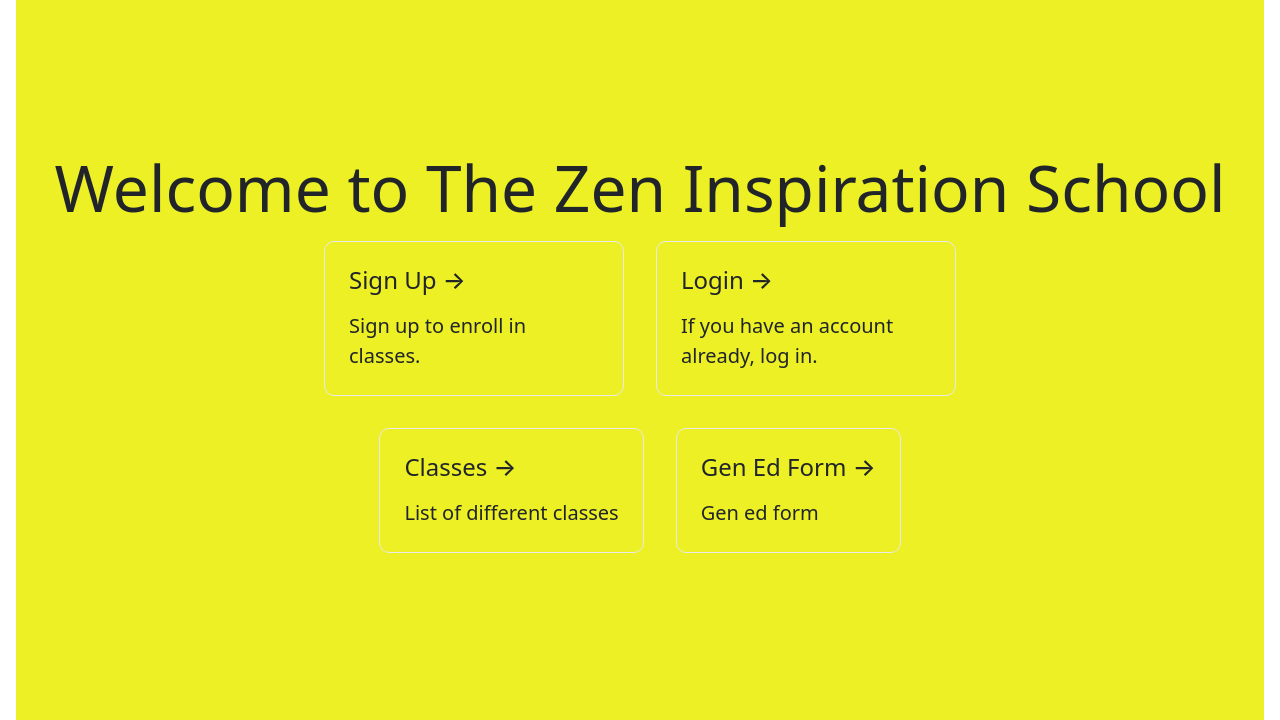
Repository: collegedude9300/zenschool
Page: /
An editor plug-in stored every save of this project. The page is shown before and after the next save, followed by the edit.
The browser window is 1280 px wide. The pictures show the whole page.
The project was rebuilt for these pictures with package versions that can differ from the ones it lists, and the page was loaded fresh each time. The framework's server and built-in components were replaced by stand-ins that run in the browser. Also part of the build but not shown: next.config.js.

Above is the page before, as saved 2023-04-14 22:26:57.

After the next save:
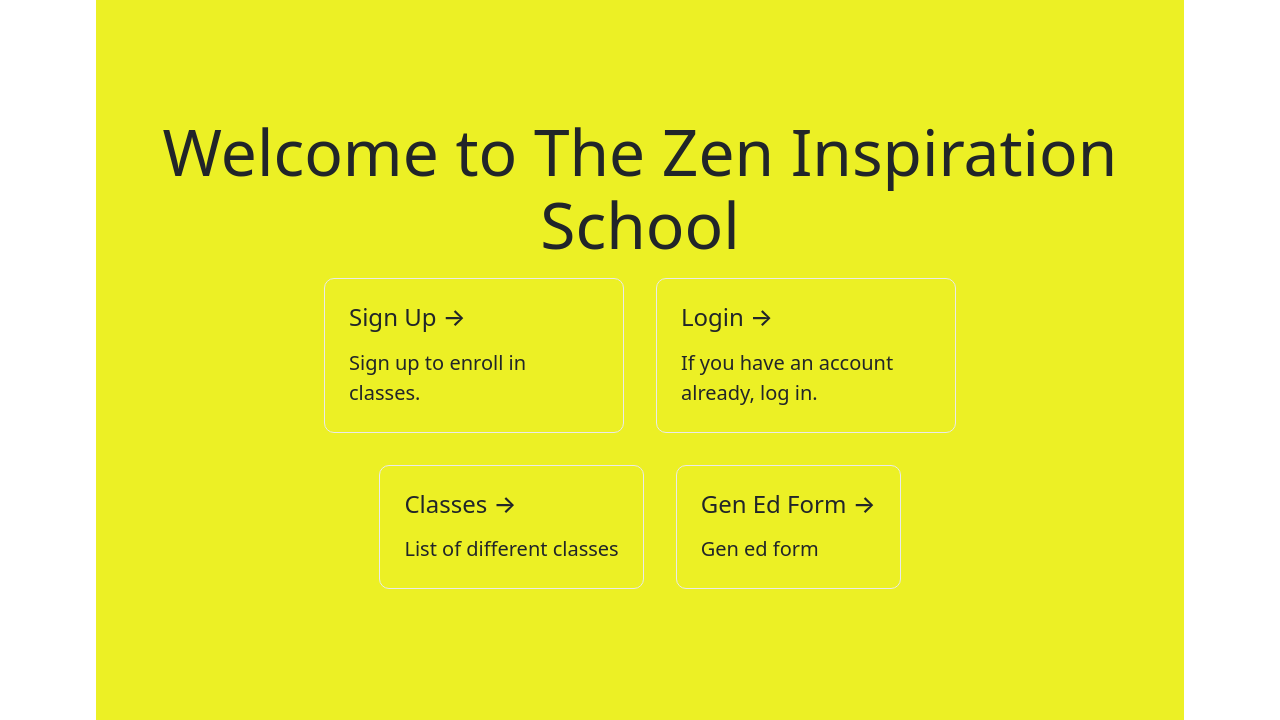
Saved 9 s later.
--- a/styles/Home.module.css
+++ b/styles/Home.module.css
@@ -1,5 +1,5 @@
 .container {
-  padding: 0 1rem;
+  padding: 0 6rem;
 }
 .main {
   min-height: 100vh;

After the save that followed:
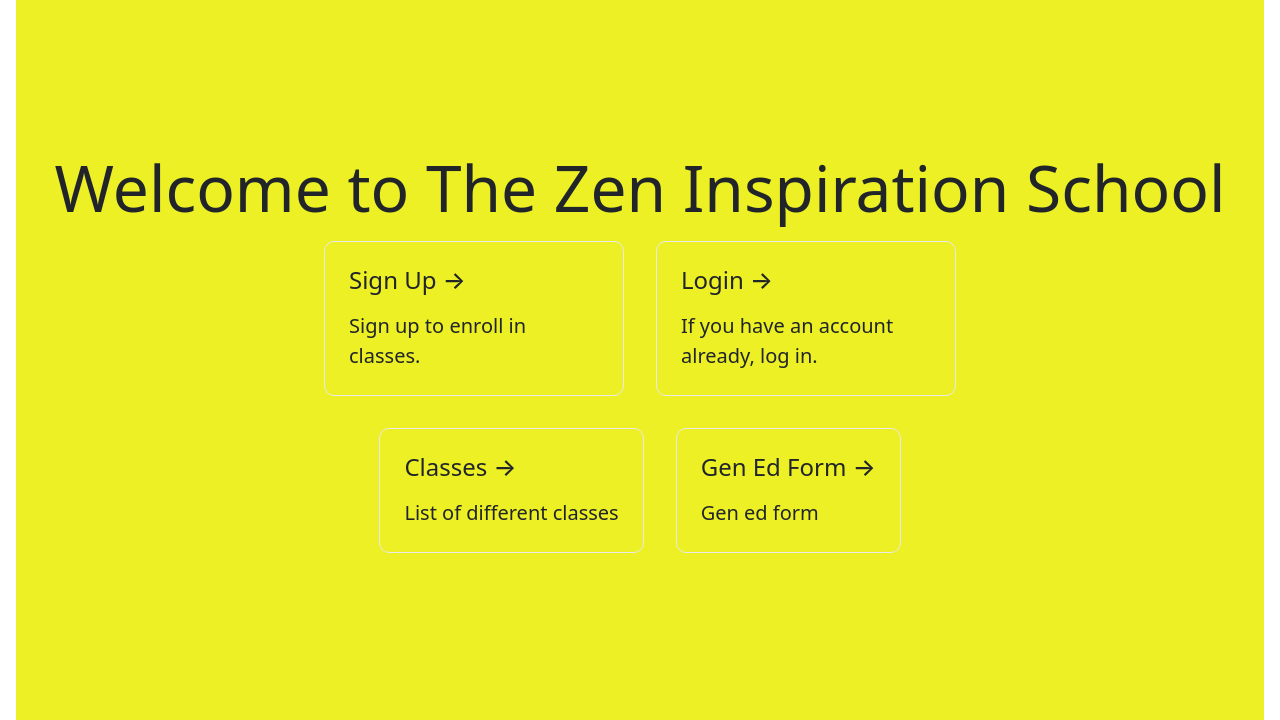
Saved 4 s later.
--- a/styles/Home.module.css
+++ b/styles/Home.module.css
@@ -1,5 +1,5 @@
 .container {
-  padding: 0 6rem;
+  padding: 0 1rem;
 }
 .main {
   min-height: 100vh;
